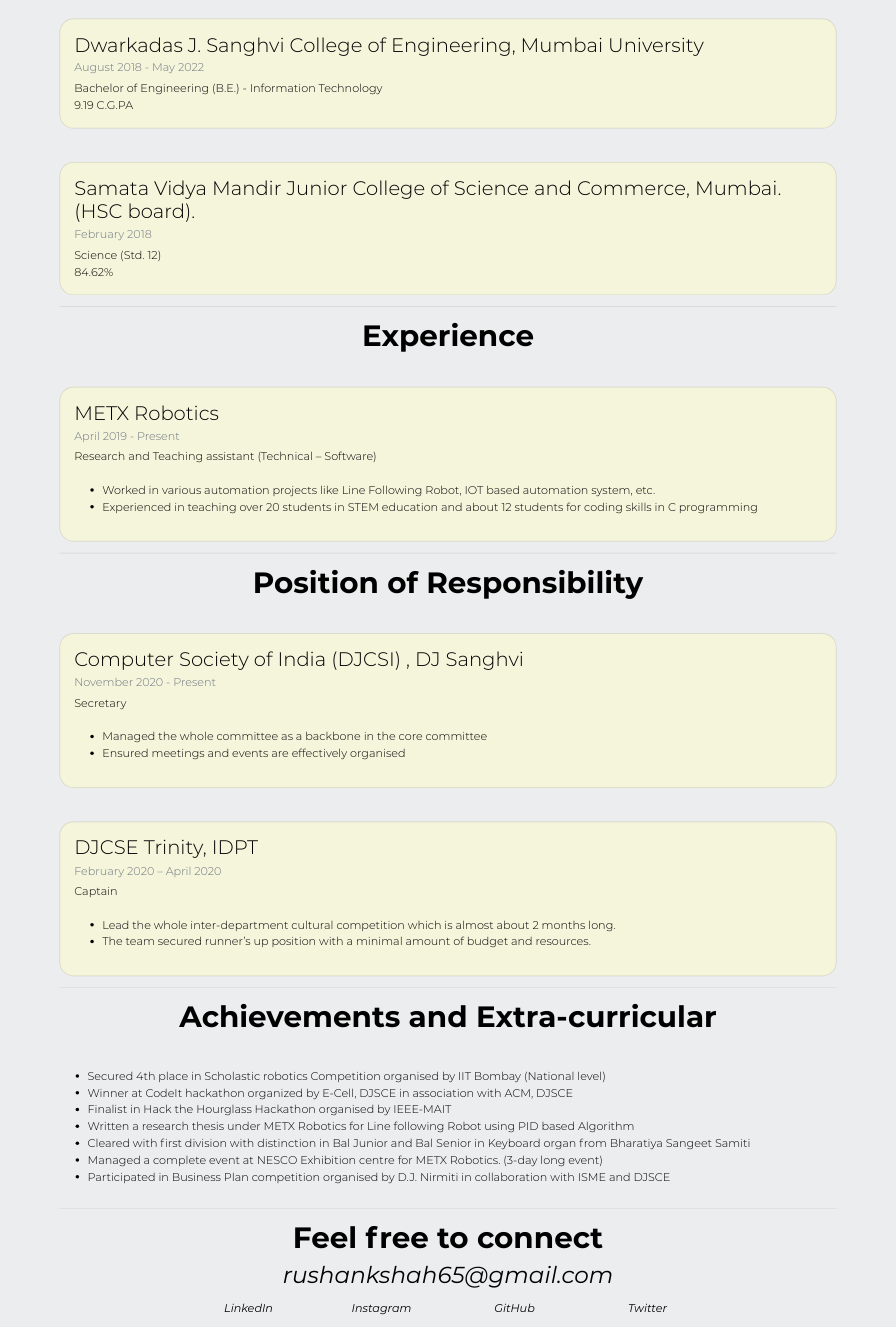
Repository: rushankshah/rushank-shah
Page: /about
An editor plug-in stored every save of this project. The page is shown before and after the next save, followed by the edit.
The browser window is 1280 px wide. The pictures show the part of the page from y = 1152 to 3072 px (the page is 3048 px tall before and 3072 px after), at 70% of full size.
The project was rebuilt for these pictures with package versions that can differ from the ones it lists, and the page was loaded fresh each time. The framework's server and built-in components were replaced by stand-ins that run in the browser. Also part of the build but not shown: next.config.js.

Above is the page before, as saved 2020-12-03 02:50:40.

### pages/about.js
import BaseLayout from '../components/layouts/BaseLayout'
import BasePage from '../components/BasePage'
import { Card, CardBody, CardSubtitle, CardText, CardTitle, Col, Row } from 'reactstrap'

const about = () => {
    return (
        <BaseLayout>
            <BasePage className='about-page'>
                <Row className='mt-5'>
                    <Col md='6'>
                        <div className='left-side'>
                            <h1 className='title fadein'>
                                नमस्ते!
                            </h1>
                            <h4 className='subtitle fadein'>
                                Feel Free to connect
                            </h4>
                            <img src='/static/images/profile.jpg' className='fadein center' style={{ borderRadius: '20px', height: '275px' }}></img>
                        </div>
                    </Col>
                    <Col md='6'>
                        <div className='fadein intro'>
                            <p>My name is <span style={{ fontWeight: 'bold' }}>Rushank Shah</span> and I am an experienced Developer and upcoming IT Engineer</p>
                            <p>I am currently pursuing my Bachelor's Degree from D.J. Sanghvi College of Engineering, Mumbai, India
                            and am experienced working on wide range of technologies and projects from C++ development for Arduino in Robotics
                            and Automation project to building modern and beautiful mobile and web apps using Flutter and React.
                            </p>
                            <p>
                                I enjoy building up new Ideas and solutions to real life problems and devising feasible solutions to broadly relevant problems
                            </p>
                        </div>
                    </Col>
                </Row>
                <hr></hr>
                <h3 className='title' style={{ textAlign: 'center', color: 'black' }}>
                    Key Technical Skills
                </h3>
                <Row className='mt-5'>
                    <Col md='3'>
                        <div className='intro'>
                            <h5><b><u>Languages & databases</u></b></h5>
                            <ul>
                                <li>
                                    Java
                                    </li>
                                <li>
                                    Javascript
                                    </li>
                                <li>
                                    Dart
                                    </li>
                                <li>
                                    C/C++
                                    </li>
                                <li>
                                    Python
                                    </li>
                                <li>
                                    HTML
                                    </li>
                                <li>
                                    CSS
                                    </li>
                                <li>
                                    SQL
                                    </li>
                                <li>
                                    NoSQL
                                    </li>
                            </ul>
                        </div>
                    </Col>
                    <Col md='3'>
                        <div className='intro'>
                            <h5>
                                <b><u>Mobile, Web & Desktop Frameworks</u></b>
                            </h5>
                            <ul>
                                <li>
                                    Flutter
                                </li>
                                <li>
                                    ReactJS
                                </li>
                                <li>
                                    NextJS
                                </li>
                                <li>
                                    NodeJS
                                </li>
                                <li>
                                    ExpressJS
                                </li>
                                <li>
                                    Django (Basic)
                                </li>
                                <li>
                                    JavaFX
                                </li>
                                <li>
                                    Bootstrap
                                </li>
                                <li>
                                    MaterializeCSS
                                </li>
                            </ul>
                        </div>
                    </Col>
                    <Col md='3'>
                        <div className='intro'>
                            <h5>
                                <b><u>
                                    Software & Tools
                                </u></b>
                            </h5>
                            <ul>
                                <li>
                                    Git
                                </li>
                                <li>
                                    GitHub
                                </li>
                                <li>
                                    Firebase
                                </li>
                                <li>
                                    MySQL
                                </li>
                                <li>
                                    Visual Studio Code
                                </li>
                                <li>
                                    Android Studio
                                </li>
                                <li>
                                    Arduino IDE
                                </li>
                                <li>
                                    Jupyter Notebook
                                </li>
                            </ul>
                        </div>
                    </Col>
                    <Col md='3'>
                        <div className='intro'>
                            <h5>
                                <b><u>
                                    Embedded Systems
                                </u></b>
                            </h5>
                            <ul>
                                <li>
                                    Arduino (Uno, Nano, Mega)
                                </li>
                                <li>
                                    Ultrasonic Sensor (HC-SR04)
                                </li>
                                <li>
                                    Light Sensor
                                </li>
                                <li>
                                    Analog/Digital Sensor Array of 6 Using Reflectance Sensor
                                </li>
                                <li>
                                    Motors
                                </li>
                                <li>
                                    Motor Driver (L2938, L2898n)
                                </li>
                                <li>
                                    Bluetooth Sensor (HC-05)
                                </li>
                                <li>
                                    NodeMCU Esp8266
                                </li>
                            </ul>
                        </div>
                    </Col>
                </Row>
                <hr></hr>
                <h3 className='title' style={{ textAlign: 'center', color: 'black' }}>
                    Education
                </h3>
                <Row className='mt-5'>
                    <Col md='12'>
                        <Card className='intro' style={{ borderRadius: '20px', backgroundColor: 'beige' }}>
                            <CardBody>
                                <CardTitle tag='h3'>
                                    Dwarkadas J. Sanghvi College of Engineering, Mumbai University
                                </CardTitle>
                                <CardSubtitle tag="h6" className="mb-2 text-muted">August 2018 - May 2022</CardSubtitle>
                                <CardText>
                                    <span style={{ fontWeight: '500' }}>Bachelor of Engineering (B.E.) - Information Technology</span><br></br>9.19 C.G.PA
                                </CardText>
                            </CardBody>
                        </Card>
                    </Col>
                </Row>
                <Row className='mt-5'>
                    <Col md='12'>
                        <Card className='intro' style={{ borderRadius: '20px', backgroundColor: 'beige' }}>
                            <CardBody>
                                <CardTitle tag='h3'>
                                    Samata Vidya Mandir Junior College of Science and Commerce, Mumbai. (HSC board).
                                </CardTitle>
                                <CardSubtitle tag="h6" className="mb-2 text-muted">February 2018</CardSubtitle>
                                <CardText>
                                    <span style={{ fontWeight: '500' }}>Science (Std. 12)</span><br></br>84.62%
                                </CardText>
                            </CardBody>
                        </Card>
                    </Col>
                </Row>
                <hr></hr>
                <h3 className='title' style={{ textAlign: 'center', color: 'black' }}>
                    Experience
                </h3>
                <Row className='mt-5'>
                    <Col md='12'>
                        <Card className='intro' style={{ borderRadius: '20px', backgroundColor: 'beige' }}>
                            <CardBody>
                                <CardTitle tag='h3'>
                                    METX Robotics
                                </CardTitle>
                                <CardSubtitle tag="h6" className="mb-2 text-muted">April 2019 - Present</CardSubtitle>
                                    <div>
                                        <span style={{ fontWeight: '500' }}>Research and Teaching assistant (Technical – Software) </span><br></br><br></br>
                                        <ul>
                                            <li>
                                                Worked in various automation projects like Line Following Robot, IOT based automation
                                                system, etc.
                                        </li>
                                            <li>
                                                Experienced in teaching over 20 students in STEM education and about 12 students for
                                                coding skills in C programming
                                        </li>
                                        </ul>
                                    </div>
                            </CardBody>
                        </Card>
                    </Col>
                </Row>
                <hr></hr>
                <h3 className='title' style={{ textAlign: 'center', color: 'black' }}>
                    Position of Responsibility
                </h3>
                <Row className='mt-5'>
                    <Col md='12'>
                        <Card className='intro' style={{ borderRadius: '20px', backgroundColor: 'beige' }}>
                            <CardBody>
                                <CardTitle tag='h3'>
                                    Computer Society of India (DJCSI) , DJ Sanghvi
                                </CardTitle>
                                <CardSubtitle tag="h6" className="mb-2 text-muted">November 2020 - Present</CardSubtitle>
                                    <div>
                                        <span style={{ fontWeight: '500' }}>Secretary </span><br></br><br></br>
                                        <ul>
                                            <li>
                                                Managed the whole committee as a backbone in the core committee
                                        </li>
                                            <li>
                                                Ensured meetings and events are effectively organised
                                        </li>
                                        </ul>
                                    </div>
                            </CardBody>
                        </Card>
                    </Col>
                </Row>
                <Row className='mt-5'>
                    <Col md='12'>
                        <Card className='intro' style={{ borderRadius: '20px', backgroundColor: 'beige' }}>
                            <CardBody>
                                <CardTitle tag='h3'>
                                    DJCSE Trinity, IDPT
                                </CardTitle>
                                <CardSubtitle tag="h6" className="mb-2 text-muted">February 2020 – April 2020</CardSubtitle>
                                    <div>
                                        <span style={{ fontWeight: '500' }}>Captain</span><br></br><br></br>
                                        <ul>
                                            <li>
                                                Lead the whole inter-department cultural competition which is almost about 2 months long.
                                        </li>
                                            <li>
                                                The team secured runner’s up position with a minimal amount of budget and resources.
                                        </li>
                                        </ul>
                                    </div>
                            </CardBody>
                        </Card>
                    </Col>
                </Row>
                <hr></hr>
                <h3 className='title' style={{ textAlign: 'center', color: 'black' }}>
                    Achievements and Extra-curricular
                </h3>
                <Row className='mt-5'>
                    <Col md='12'>
                        <div className='intro'>
                            <ul>
                                <li>
                                    Secured 4th place in Scholastic robotics Competition organised by IIT Bombay (National level)
                                </li>
                                <li>
                                    Winner at CodeIt hackathon organized by E-Cell, DJSCE in association with ACM, DJSCE
                                </li>
                                <li>
                                    Finalist in Hack the Hourglass Hackathon organised by IEEE-MAIT
                                </li>
                                <li>
                                    Written a research thesis under METX Robotics for Line following Robot using PID based
                                    Algorithm
                                </li>
                                <li>
                                    Cleared with first division with distinction in Bal Junior and Bal Senior in Keyboard organ
                                    from Bharatiya Sangeet Samiti
                                </li>
                                <li>
                                    Managed a complete event at NESCO Exhibition centre for METX Robotics. (3-day long event)
                                </li>
                                <li>
                                    Participated in Business Plan competition organised by D.J. Nirmiti in collaboration with
                                    ISME and DJSCE
                                </li>
                            </ul>
                        </div>
                    </Col>
                </Row>
                <hr></hr>
            </BasePage>
        </BaseLayout>
    )
}

export default about

### styles/main.scss
@import './shared/fonts';
@import './index';
@import './header';
@import './shared/colors';
@import 'about';
@import 'projects';

html, body {
    height:100%;
    width:100%;
    font-family: 'Montserrat', 'Helvetica';
  }

.self-typed{
  font-size: 31px;
  font-weight: 500;
  letter-spacing: 2px;
  color: white;
}

.absolute {
  position: absolute;
}

.base-page {
  padding-top: 150px;
  color: white;
  background-color: #ecedee;
  min-height: 100vh;

  .page-header {
    .page-header-title {
      font-weight: 700;
      color: black;
      display: inline-block;
      margin-bottom: 20px;
    }
  }
}

.here{
  color: white;
}

.here:hover{
  color: #dba919;
}

.social-media:hover{
  color: #dba919;
  cursor: pointer;
}

.clickable{
  cursor: pointer;
}

### styles/shared/_fonts.scss
@font-face {
    font-family: 'Montserrat';
    src: url('/static/fonts/2.3\ Montserrat-Regular.ttf');
    font-weight: normal;
    font-style: normal;
}

@font-face {
    font-family: 'Montserrat';
    src: url('/static/fonts/2.4\ Montserrat-Bold.ttf');
    font-weight: bold;
    font-style: normal;
}

@font-face {
    font-family: 'Montserrat';
    src: url('/static/fonts/2.2\ Montserrat-Light.ttf');
    font-weight: lighter;
    font-style: normal;
}

@font-face {
    font-family: 'Montserrat';
    src: url('/static/fonts/2.1\ Montserrat-Italic.ttf');
    font-weight: normal;
    font-style: italic;
}

### styles/_header.scss
@import './shared/colors';
  // HEADER
  .port-navbar.port-nav-base {
    width: 100%;
    z-index: 15;
    padding: 40px;

    .port-navbar {
      &-brand {
        color: white;
        font-size: 24px;
        text-transform: uppercase;
        letter-spacing: 1px;
        font-weight: bold;
      }

      &-item {
        margin-left: 10px;
        margin-right: 10px;
      }

      &-link {
        color: white;
        font-weight: bold;
        letter-spacing: 0.8px;
        font-size: 18px;
        text-transform: uppercase;

        &.active {
        color: #dba919;
        }

        &:hover, &:focus {
          color: #dba919;
        }
      }
    }
  }

  .port-navbar.port-nav-base.port-nav-default {
    padding: 30px;
    background-color: $secondary !important;
  }

  .bg-transparent.menu-open {
    background-color: #2C3E50 !important;
  }

  .bg-transparent.menu-close {
    transition: 1s;
  }

### styles/shared/_colors.scss
$main-color-blue: #0977C0;
$main-color-red: 'red';

$navbar-orange: #dba919;
$base-page-white: #ecedee;

$white: #fff !default;
$gray-100: #f8f9fa !default;
$gray-200: #e9ecef !default;
$gray-300: #dee2e6 !default;
$gray-400: #ced4da !default;
$gray-500: #adb5bd !default;
$gray-600: #868e96 !default;
$gray-700: #495057 !default;
$gray-800: #343a40 !default;
$gray-900: #212529 !default;
$black: #000 !default;

$primary: #18BC9C !default;
$secondary: #2C3E50 !default;

$blue:    #007bff !default;
$indigo:  #6610f2 !default;
$purple:  #6f42c1 !default;
$pink:    #e83e8c !default;
$red:     #dc3545 !default;
$orange:  #fd7e14 !default;
$yellow:  #ffc107 !default;
$green:   #28a745 !default;
$teal:    #0085A1 !default;
$cyan:    #17a2b8 !default;

### styles/_about.scss
@import './shared/mixins';
.about-page {
    .left-side {
      // margin-top: 10vh;

      color: black;
      text-align: left;
    }

    .fadein {
      opacity: 0;

      @include animation(fadein 2s);
      @include animation-fill-mode(forwards);
    }

    .intro{
        color: black;
        font-weight: lighter;
    }

    .title {
      @include animation-detail(0.7s);
      font-size: 42px;
      font-weight: bold;
    }

    .subtitle {
      @include animation-detail(2.2s);
      font-size: 33px;
    }

    .subsubTitle {
      @include animation-detail(3.6s);
      font-size: 18px;
    }

    @keyframes fadein {
      from { opacity: 0; }
      to   { opacity: 1; }
    }
  }

### styles/shared/_mixins.scss
// MIXINS
@mixin background-cover() {
    -webkit-background-size: cover;
    -moz-background-size: cover;
    -o-background-size: cover;
    background-size: cover;
  }

  @mixin animation($animationType) {
    -webkit-animation: $animationType; /* Safari, Chrome and Opera > 12.1 */
       -moz-animation: $animationType; /* Firefox < 16 */
        -ms-animation: $animationType; /* Internet Explorer */
         -o-animation: $animationType; /* Opera < 12.1 */
            animation: $animationType;
  }


  @mixin animation-fill-mode($animationMode) {
    -webkit-animation-fill-mode: $animationMode;  /* this makes sure that after animation is done we remain at the last keyframe value (opacity: 1)*/
    -moz-animation-fill-mode: $animationMode;
    animation-fill-mode: $animationMode;
  }


  @mixin animation-detail($detail) {
    -webkit-animation-delay: $detail;
    -moz-animation-delay: $detail;
    animation-delay: $detail;
  }

### styles/_projects.scss
@import './shared/mixins';
.projects-page {
    .left-side {
      // margin-top: 10vh;

      color: black;
      text-align: left;
    }
    .custom-card{
      border-radius: 50px;
    }
    .custom-card:hover{
      transition: all 0.2s ease-out;
      box-shadow: 0px 4px 8px rgba(38, 38, 38, 0.2);
      top: -4px;
      border: 1px solid #cccccc;
    }
    .fadein {
      opacity: 0;

      @include animation(fadein 2s);
      @include animation-fill-mode(forwards);
    }

    .intro{
        color: black;
        font-weight: lighter;
    }

    .title {
      @include animation-detail(0.7s);
      font-size: 42px;
      font-weight: bold;
    }

    .subtitle {
      @include animation-detail(2.2s);
      font-size: 33px;
    }

    .subsubTitle {
      @include animation-detail(3.6s);
      font-size: 18px;
    }

    @keyframes fadein {
      from { opacity: 0; }
      to   { opacity: 1; }
    }
  }

Loaded but not shown: pages/_app.js (common file); components/shared/Footer.js (58 lines, source omitted); components/shared/Header.js (66 lines, source omitted); components/layouts/BaseLayout.js (22 lines, source omitted); components/BasePage.js (16 lines, source omitted); styles/_index.scss (150 lines, source omitted)

After the next save:
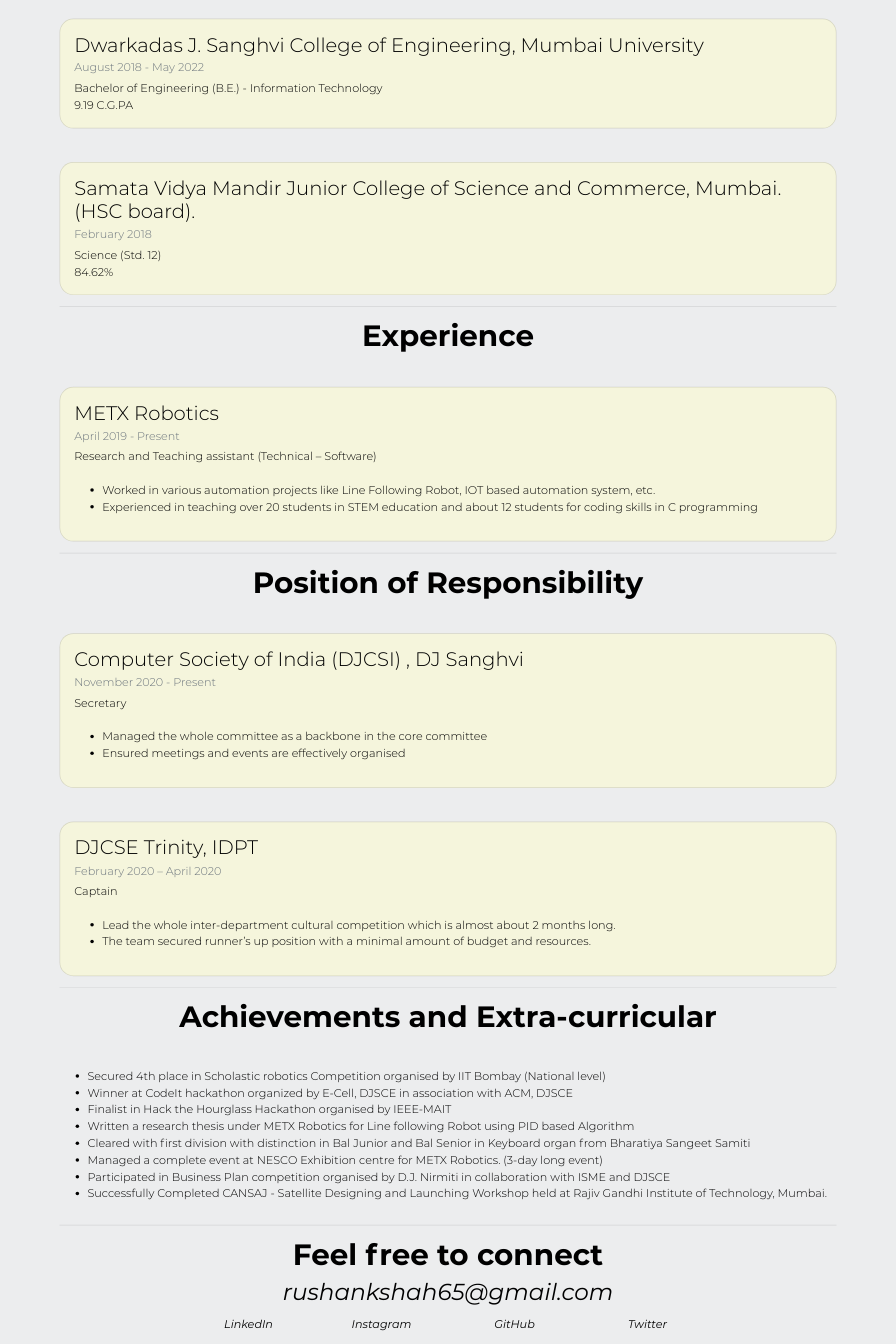
Saved 10 min 24 s later.
--- a/pages/about.js
+++ b/pages/about.js
@@ -322,6 +322,9 @@
                                     Participated in Business Plan competition organised by D.J. Nirmiti in collaboration with
                                     ISME and DJSCE
                                 </li>
+                                <li>
+                                    Successfully Completed CANSAJ - Satellite Designing and Launching Workshop held at Rajiv Gandhi Institute of Technology, Mumbai.
+                                </li>
                             </ul>
                         </div>
                     </Col>
